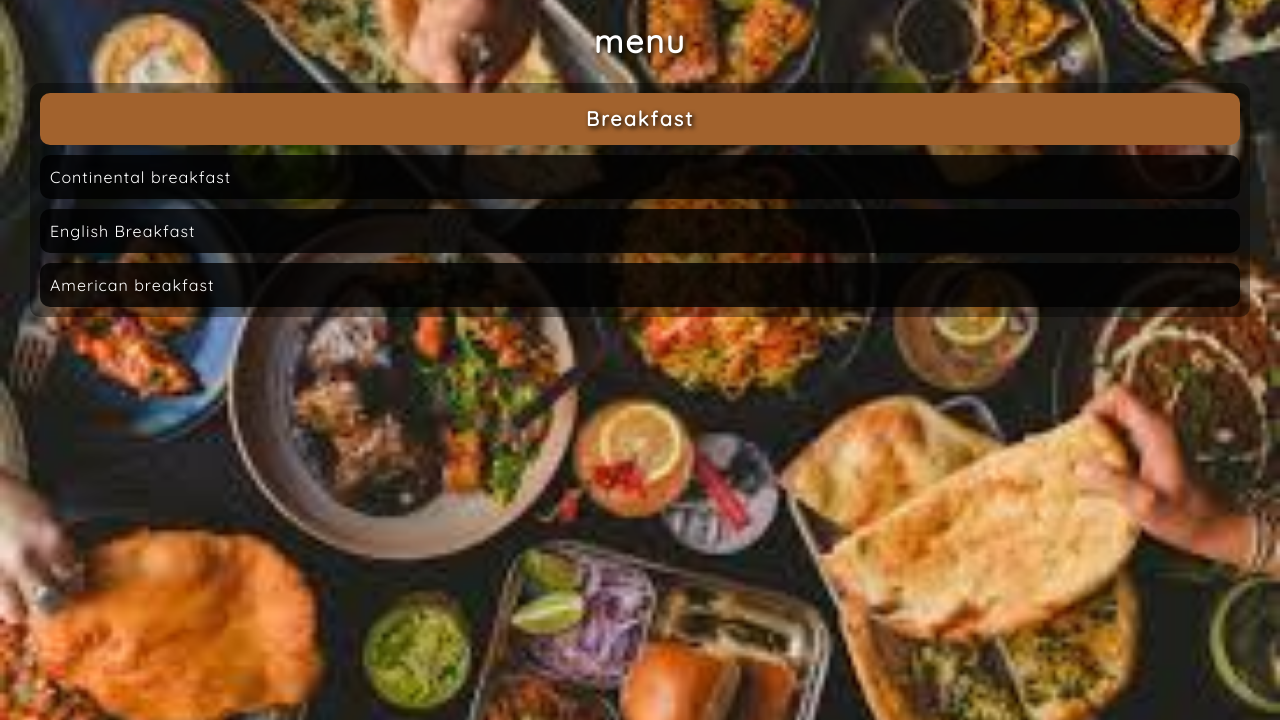
Repository: Anasooya2601/drag-and-drop
Page: index.html
The author's editor kept a copy of each file at every save. The page is drawn from the files as they stood at one save, then again after the next save.
The browser window is 1280 px wide. The pictures show the whole page.

Above is the page before, as saved 2021-02-05 01:23:48.

### index.html
<!DOCTYPE html>
<html lang="en">
<head>
    <meta charset="UTF-8">
    <meta name="viewport" content="width=device-width, initial-scale=1.0">
    <title>Drag and Drop</title>
    <link rel="icon" type="image/png" href="favicon.png">
    <link rel="stylesheet" href="style.css">
</head>
<body>
    <h1 class="main-title">menu</h1>
    <div class="drag-container">
        <ul class="drag-list">
<!-- breakfast column -->
<li class="drag-column backlog-column">
    <span class="header">
        <h1>Breakfast</h1>
    </span>
    <!-- breakfast-content -->
    <div id="backlog-content">
        <ul class="drag-item-list"id= "backlog-list">
            <li class="drag-item"> Continental breakfast</li>
            <li class="drag-item">English Breakfast</li>
            <li class="drag-item">American breakfast</li>
        </ul>
    </div>
</li>
        </ul>
    </div>
    <!-- Script -->
    <script src="script.js"></script>
</body>
</html>

### style.css
/* Trees Image - Pexels: https://www.pexels.com/photo/photo-of-trees-in-forest-3801030/ */
@import url("https://fonts.googleapis.com/css?family=Quicksand&display=swap");

html {
  box-sizing: border-box;
}

:root {
  --column-1: #a2622d;
  --column-2: #1b6161;
  --column-3: #248224;
  --column-4: #a22d22;
}

body {
  margin: 0;
  background: url("./food.jpg");
  background-size: cover;
  background-position: 50% 60%;
  background-attachment: fixed;
  color: white;
  font-family: Quicksand, sans-serif;
  overflow-y: hidden;
}

h1 {
  letter-spacing: 2px;
  text-shadow: 2px 2px 5px black;
}

.main-title {
  text-align: center;
  font-size: 3rem;
}

ul {
  list-style-type: none;
  margin: 0;
  padding: 0;
}

.drag-container {
  margin: 20px;
}

.drag-list {
  display: flex;
  align-items: flex-start;
}

/* Columns */
.drag-column {
flex: 1;
  margin: 0 10px;
  position: relative;
  background-color: rgba(0, 0, 0, 0.4);
  border-radius: 10px;
  overflow-x: hidden;
}

.backlog-column .header,
.backlog-column .solid,
.backlog-column .solid:hover,
.backlog-column .over {
  background-color: var(--column-1);
}

.progress-column .header,
.progress-column .solid,
.progress-column .solid:hover,
.progress-column .over {
  background-color: var(--column-2);
}

.complete-column .header,
.complete-column .solid,
.complete-column .solid:hover,
.complete-column .over {
  background-color: var(--column-3);
}

.on-hold-column .header,
.on-hold-column .solid,
.on-hold-column .solid:hover,
.on-hold-column .over {
  background-color: var(--column-4);
}

/* Custom Scrollbar */
.custom-scroll {
  overflow-y: auto;
  max-height: 75vh;
}

.custom-scroll::-webkit-scrollbar-track {
  box-shadow: inset 0 0 6px rgba(0, 0, 0, 0.4);
  border-radius: 10px;
  background-color: rgba(255, 255, 255, 0.3);
  margin-right: 5px;
}

.custom-scroll::-webkit-scrollbar {
  width: 10px;
}

.custom-scroll::-webkit-scrollbar-thumb {
  border-radius: 10px;
  box-shadow: inset 0 0 6px rgba(0, 0, 0, 0.3);
  background-color: rgba(0, 0, 0, 0.8);
}

.header {
  display: flex;
  justify-content: center;
  border-radius: 10px;
  margin: 10px;
}

.header h1 {
  font-size: 1.25rem;
}

/* Drag and Drop */
.over {
  padding: 50px 10px;
}

.drag-item-list {
  min-height: 50px;
}

.drag-item {
  margin: 10px;
  padding: 10px;
  height: fit-content;
  background-color: rgba(0, 0, 0, 0.8);
  border-radius: 10px;
  line-height: 1.5rem;
  letter-spacing: 1px;
  cursor: pointer;
}

.drag-item:focus {
  outline: none;
  background-color: white;
  color: black;
}

/* Add Button Group */
.add-btn-group {
  display: flex;
  justify-content: space-between;
}

.add-btn {
  margin: 10px;
  padding: 5px 10px;
  display: flex;
  align-items: center;
  cursor: pointer;
  width: fit-content;
  border-radius: 5px;
  transition: all 0.3s ease-in;
  user-select: none;
}

.add-btn:hover {
  background-color: rgba(255, 255, 255, 0.9);
  color: black;
}

.add-btn:active {
  transform: scale(0.97);
}

.solid {
  display: none;
}

.solid:hover {
  transition: unset;
  filter: brightness(95%);
  color: white;
}

.plus-sign {
  font-size: 1.5rem;
  margin-right: 5px;
  position: relative;
  top: -3px;
}

.add-container {
  margin: 10px;
  padding: 5px 10px;
  border-radius: 10px;
  background-color: rgba(255, 255, 255, 0.9);
  min-height: 100px;
  display: none;
}

.add-item {
  width: 100%;
  min-height: 100px;
  height: auto;
  background-color: white;
  border-radius: 10px;
  margin: 5px auto;
  resize: none;
  color: black;
  padding: 10px;
}

.add-item:focus {
  outline: none;
}

/* Media Query: Laptop */
@media screen and (max-width: 1800px) {
  .main-title {
    font-size: 2rem;
  }
}

/* Media Query: Large Smartphone (Vertical) */
@media screen and (max-width: 600px) {
  body {
    overflow-y: auto;
  }

  .drag-container {
    margin: 0;
  }

  .drag-list {
    display: block;
  }

  .drag-column {
    margin: 10px;
  }
}

### script.js
const addBtns = document.querySelectorAll('.add-btn:not(.solid)');
const saveItemBtns = document.querySelectorAll('.solid');
const addItemContainers = document.querySelectorAll('.add-container');
const addItems = document.querySelectorAll('.add-item');
// Item Lists
const itemLists = document.querySelectorAll('.drag-item-list');
const backlogList = document.getElementById('backlog-list');
const progressList = document.getElementById('progress-list');
const completeList = document.getElementById('complete-list');
const onHoldList = document.getElementById('on-hold-list');

// Items


// Initialize Arrays
let backlogListArray = [];
let progressListArray = [];
let completeListArray = [];
let onHoldListArray = [];

// Drag Functionality


// Get Arrays from localStorage if available, set default values if not
function getSavedColumns() {
  if (localStorage.getItem('backlogItems')) {
    backlogListArray = JSON.parse(localStorage.backlogItems);
    progressListArray = JSON.parse(localStorage.progressItems);
    completeListArray = JSON.parse(localStorage.completeItems);
    onHoldListArray = JSON.parse(localStorage.onHoldItems);
  } else {
    backlogListArray = ['Release the course', 'Sit back and relax'];
    progressListArray = ['Work on projects', 'Listen to music'];
    completeListArray = ['Being cool', 'Getting stuff done'];
    onHoldListArray = ['Being uncool'];
  }
}

// Set localStorage Arrays
function updateSavedColumns() {
  localStorage.setItem('backlogItems', JSON.stringify(backlogListArray));
  localStorage.setItem('progressItems', JSON.stringify(progressListArray));
  localStorage.setItem('completeItems', JSON.stringify(completeListArray));
  localStorage.setItem('onHoldItems', JSON.stringify(onHoldListArray));
}

// Create DOM Elements for each list item
function createItemEl(columnEl, column, item, index) {
  console.log('columnEl:', columnEl);
  console.log('column:', column);
  console.log('item:', item);
  console.log('index:', index);
  // List Item
  const listEl = document.createElement('li');
  listEl.classList.add('drag-item');

}

// Update Columns in DOM - Reset HTML, Filter Array, Update localStorage
function updateDOM() {
  // Check localStorage once

  // Backlog Column

  // Progress Column

  // Complete Column

  // On Hold Column

  // Run getSavedColumns only once, Update Local Storage


}

After the next save:
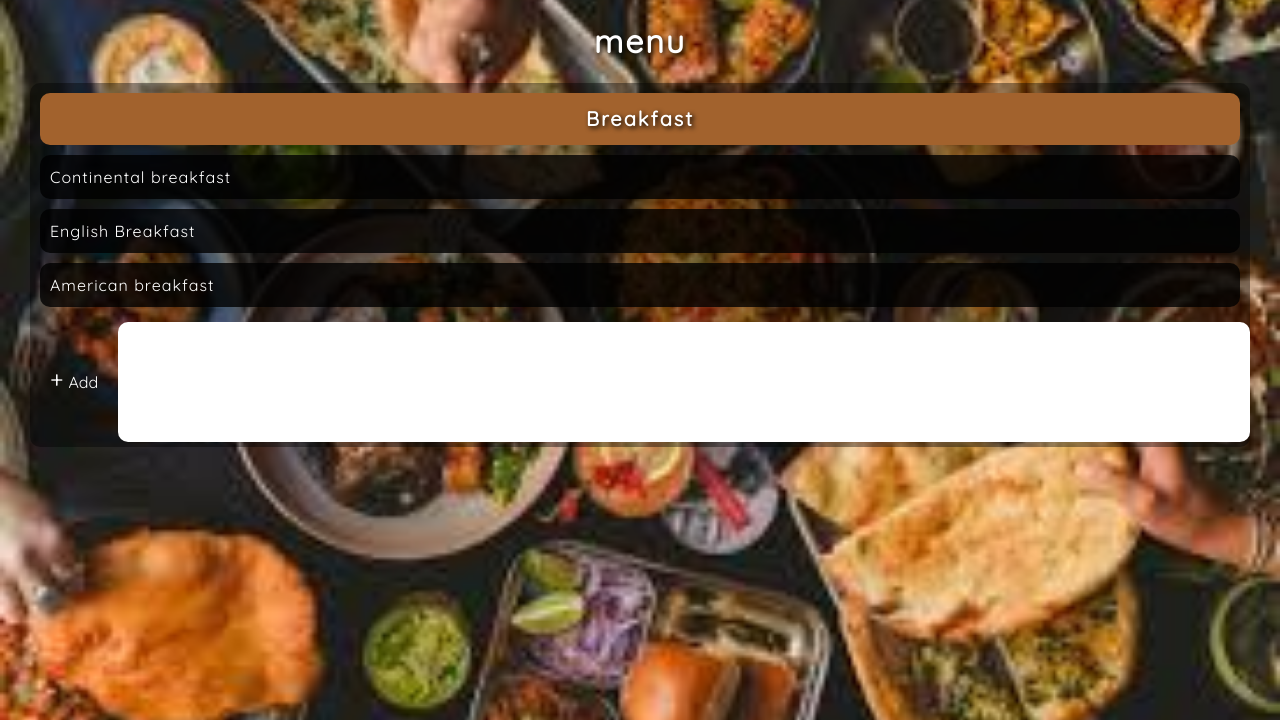
Saved 4 min 35 s later.
--- a/index.html
+++ b/index.html
@@ -24,6 +24,20 @@
             <li class="drag-item">American breakfast</li>
         </ul>
     </div>
+    <!-- add-button -->
+    <div class="add-btn-group">
+        <div class="add-btn">
+    <span class="plus-sign">+</span>
+    <span>Add</span>
+</div>
+<div class="add-btn solid">
+    <span>Save</span>
+</div>
+<div class="add-item">
+
+</div>
+
+    </div>
 </li>
         </ul>
     </div>
